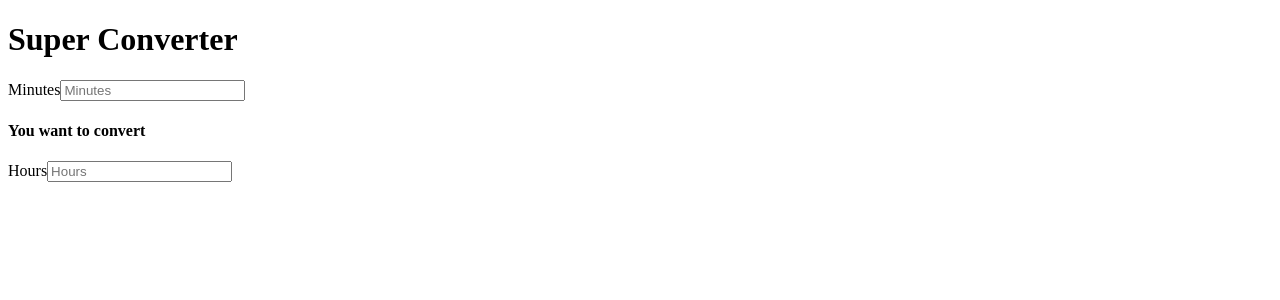
Repository: TaewookKwak/React
Page: index.html
The author's editor kept a copy of each file at every save. The page is drawn from the files as they stood at one save, then again after the next save.
The browser window is 1280 px wide. The pictures show the whole page.

Above is the page before, as saved 2021-12-14 22:08:21.

After the next save:
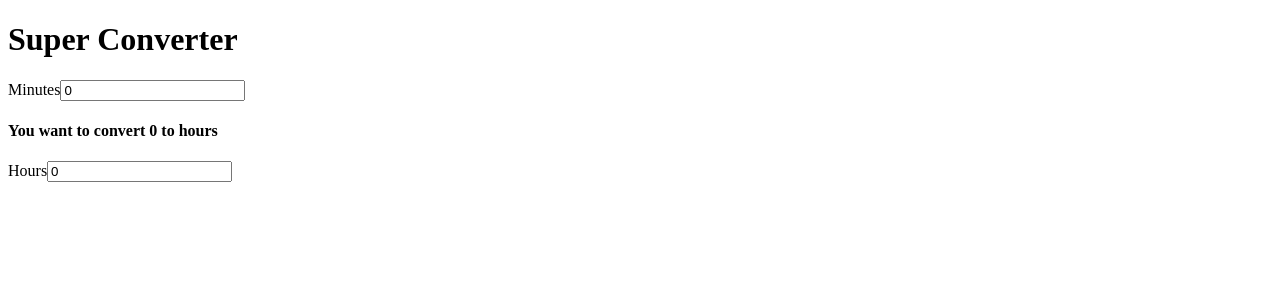
Saved 7 min 20 s later.
--- a/index.html
+++ b/index.html
@@ -9,9 +9,9 @@
   <script type="text/babel">
     const root = document.querySelector("#root");
     function App() {
-      const [minutes, setMinutes] = React.useState();
+      const [minutes, setMinutes] = React.useState(0);
       const onChange = event => {
-        setMinutes(event.target.value);
+        setMinutes(event.target.value / 60);
       };
       return (
         <div>
@@ -24,9 +24,9 @@
             type="number"
             onChange={onChange}
           />
-          <h4> You want to convert {minutes}</h4>
+          <h4> You want to convert {minutes} to hours</h4>
           <label htmlFor="hours">Hours</label>
-          <input id="hours" placeholder="Hours" type="number" />
+          <input id="hours" placeholder="Hours" type="number" value={minutes} />
         </div>
       );
     }
